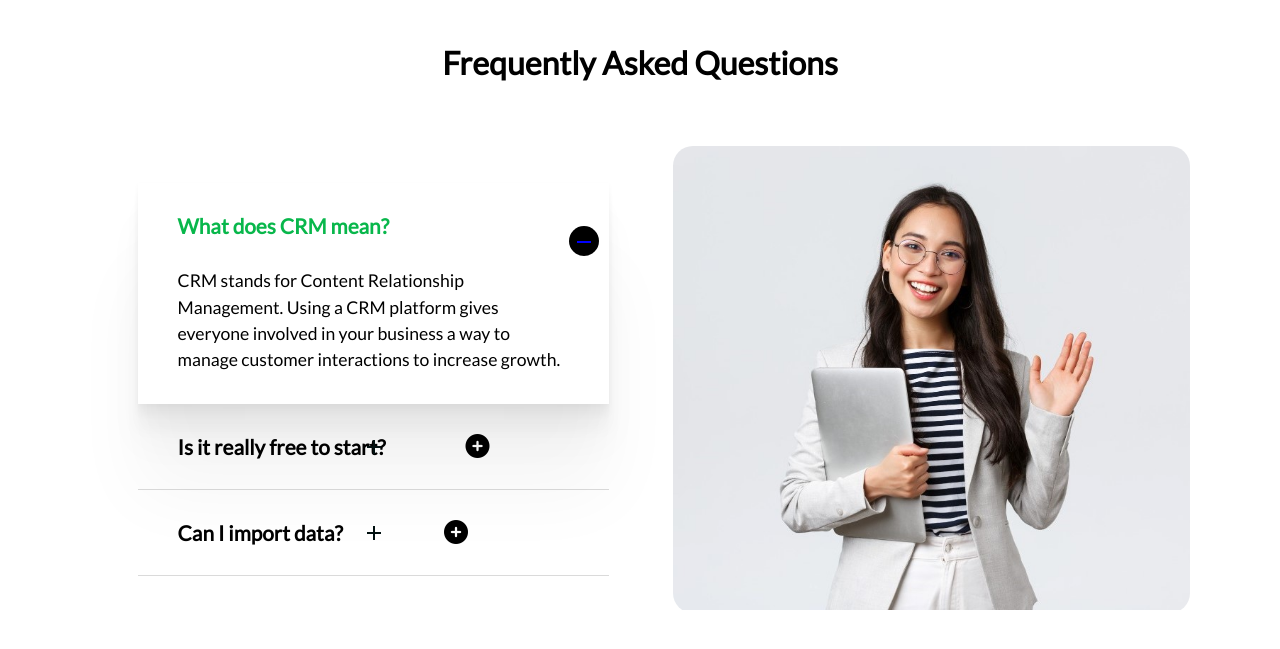
Repository: emiliaiwu/faq_component
Page: index.html
The author's editor kept a copy of each file at every save. The page is drawn from the files as they stood at one save, then again after the next save.
The browser window is 1280 px wide. The pictures show the whole page.
Some icons come from a web library that is not loaded, so they are not drawn. Some web libraries are served in a nearby version.

Above is the page before, as saved 2022-12-13 20:42:09.

### index.html
<!DOCTYPE html>
<html lang="en">
<head>
    <meta charset="UTF-8">
    <meta http-equiv="X-UA-Compatible" content="IE=edge">
    <meta name="viewport" content="width=device-width, initial-scale=1.0">
    <link rel="stylesheet" href="style.css">
    <script src="https://kit.fontawesome.com/fd9c36575f.js" crossorigin="anonymous"></script>
    <title>FAQ Component</title>
</head>
<body>
        <h2>Frequently Asked Questions</h2>
        <article class="faq_component">
            <div class="faq_container">
                <div class="faq_content active">
                    <div class="faq_header">
                        <h3>What does CRM mean?</h3>

                        <div class="toggle-parent">
                             <div class="toggle">
                            <!-- <i class="fa-solid fa-circle-plus"></i> -->
                                <i class="fa-solid fa-circle-minus"></i>
                            </div>
                        </div>


                    </div>
                    <div class="content_wrap">
                        <p class="content hidden">
                            CRM stands for Content Relationship Management. Using a CRM platform gives everyone involved in your business a way to manage customer interactions to increase growth.
                        </p>
                    </div>
                </div>

                <div class="faq_content">
                    <div class="faq_header">
                        <h3>Is it really free to start?</h3>
                        <i class="fa-solid fa-circle-plus"></i>
                        <i class="fa-solid fa-circle-minus"></i>
                    </div>
                    <div class="content_wrap">
                        <p class="content">
                            Yes! You can opt to stay within the free tier for as long as you want to. It’s a great way to get a feel for the platform before deciding to upgrade to take advantage of the more advanced features.
                        </p>
                    </div>
                </div>

                <div class="faq_content">
                    <div class="faq_header">
                        <h3>Can I import data?</h3>
                        <i class="fa-solid fa-circle-plus"></i>
                        <i class="fa-solid fa-circle-minus"></i>
                    </div>
                    <div class="content_wrap">
                         <p class="content">
                            Yes! Getting your existing data in is easy. Simply export your existing customers to a .csv file and import them within a couple of clicks.
                        </p>
                    </div>
                </div>
            </div>
            <div class="faq_image">
                <img src="img/meeting.jpg" alt="">
            </div>
        </article>
 <script src="script.js"></script>
</body>
</html>

### style.css
@import url('https://fonts.googleapis.com/css2?family=Lato:wght@300;400&display=swap');

* {
    margin: 0;
    padding: 0;
    box-sizing: border-box;
}

body {
    font-family: 'Lato', sans-serif;
    max-width: 100vw;
    min-height: 100vh;
    flex-direction: column;

}

body,
.faq_component,
.faq_container {
    display: flex;
    align-items: center;
    justify-content: center;

}


/* TYPOGRAPHY */
h2 {
    text-align: center;
    font-size: 2rem;
    font-family: inherit;

}

h3 {
    font-size: 1.3rem;
    font-family: inherit;
}

p {
    font-size: 1.1rem;
    font-family: inherit;
    height: 100%;
    line-height: 1.5;
}


/* TOGGLE */

.fa-solid {
    font-size: 1.5rem;
}

/* MAIN BODY */
.faq_component {
    width: 100%;
    padding: 4rem 7vw;
    gap: 1rem;
}

.faq_image {
    width: 100%;
    border-radius: 20px;
    overflow: hidden;
}

img {
    width: 100%;
    height: auto;
}

.faq_container {
    width: 100%;
    padding: 0 3rem;
    flex-direction: column;
    z-index: 1000;
}

.faq_header {
    display: flex;
    align-items: center;
    justify-content: space-between;
    padding: 30px 0px 30px 0;
    position: relative;
}

.faq_content {
    padding: 0 40px;
    border-bottom: 1px solid rgba(0, 0, 0, 0.146);
    cursor: pointer;
    overflow: hidden;
}

.content_wrap {
    padding: 0 0 0px;
    visibility: hidden;
    max-height: 0px;
    transition: all .5s ease;


}

/* .faq_content .fa-circle-minus {
    display: none;
} */


/* ACTIVE CLASSES */

.faq_content.active {
    border: none;
    box-shadow: 0 90px 70px 0 rgb(0 0 0 / 4%),
        0 40px 35px 0 rgb(0 0 0 / 3%),
        0 25px 15px 0 rgb(0 0 0 / 3%),
        0 11px 7px 0 rgb(0 0 0 / 3%),
        0 2px 5px 0 rgb(0 0 0 / 3%);
}

.faq_content.active .faq_header {
    color:rgb(8, 183, 75);
}

.faq_content.active .fa-circle-plus {
    transform: rotate(45deg);
    transition: transform .45s cubic-bezier(.3,.4,.2,1),
        background-color .15s ease;
    display: none;
}

.faq_content .fa-circle-minus {
    display: inline;
}

 .toggle {
    position: absolute;
    width: 30px;
    height: 30px;
    border-radius: 30px;
    background-color: black;
}

.faq_content .fa-circle-minus::before {
    content: '';
    position: absolute;
    background-color: rgb(1, 16, 16);
    width: 14px;
    height: 2px;
    margin-left: auto;
    margin-right: auto;
    top: 50%;
    left: 0;
    right: 0;
    transition: transform .45s cubic-bezier(.3,.4,.2,1),
        background-color .15s ease;
}

.faq_content .fa-circle-minus::after {
    content: '';
    position: absolute;
    transform: rotate(90deg);
    background-color: rgb(1, 16, 16);
    width: 14px;
    height: 2px;
    margin-left: auto;
    margin-right: auto;
    top: 50%;
    left: 0;
    right: 0;
    transition: transform .45s cubic-bezier(.3,.4,.2,1),
        background-color .15s ease;
}


.faq_content.active .fa-circle-minus::after {
    background-color: blue;
    transform: rotate(180deg);
    transition: transform .45s cubic-bezier(.3,.4,.2,1),
        background-color .15s ease;
}



.faq_content.active .content_wrap {
    padding: 0 0 30px;
    visibility: visible;
    max-height: 150px;

}






@media only screen and (max-width: 1000px) {
    .faq_component {
        flex-direction: column;
        gap: 3rem;
        padding: 4rem 7vw;
    }

    h2 {
        margin-top: 3rem;
    }

    .faq_container {
        padding: 0;
    }

    .faq_content.active .content_wrap {
        max-height: 300px;
        padding: 0 0 30px;
    }
}

### script.js
'use strict';
const faqContent = document.querySelectorAll('.faq_content');


faqContent.forEach((faq) => {
    faq.addEventListener('click', function () {
        faq.classList.toggle('active');

    });
})

After the next save:
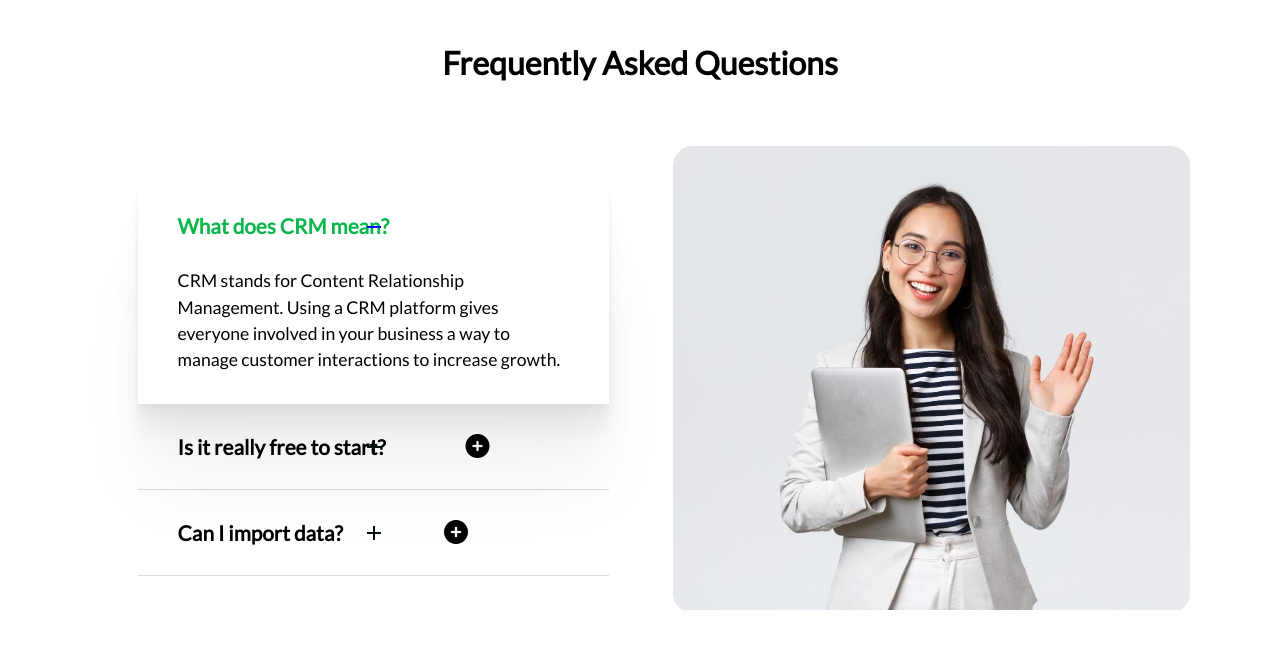
Saved 7 s later.
--- a/style.css
+++ b/style.css
@@ -130,6 +130,8 @@
 .faq_content .fa-circle-minus {
     display: inline;
 }
+
+.t
 
  .toggle {
     position: absolute;

After the 2 saves that followed:
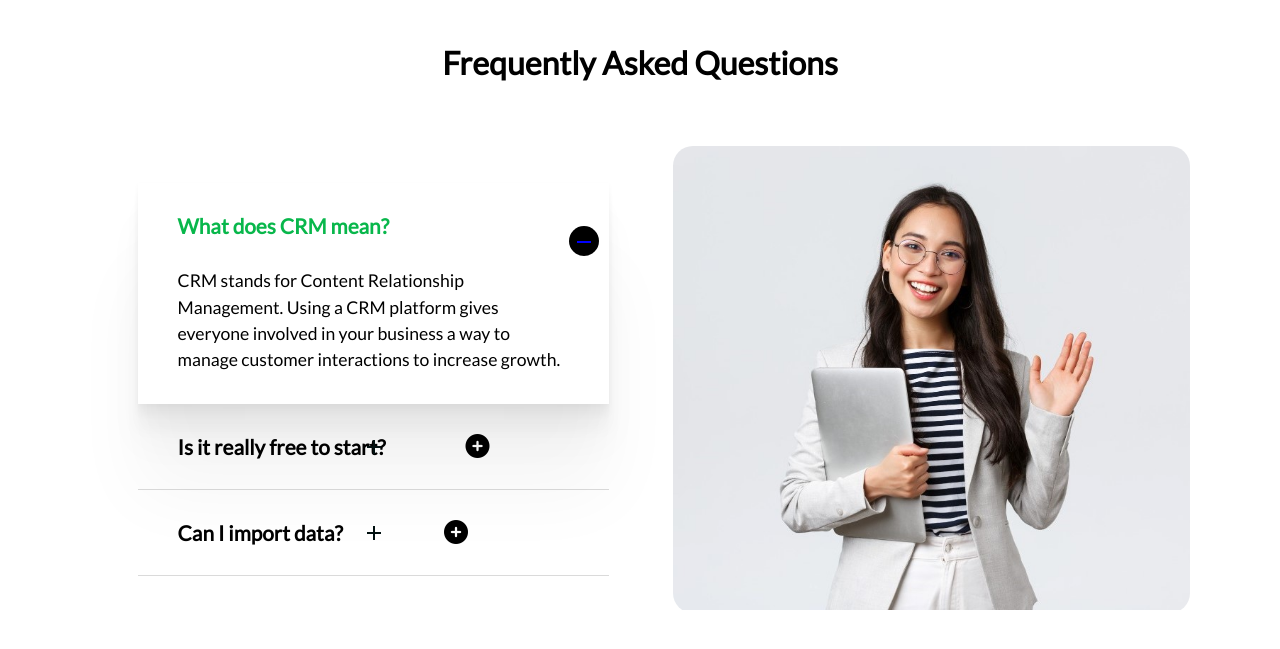
The 2 saves are shown as one change because they came seconds apart.
The last was saved 9 s later.
--- a/style.css
+++ b/style.css
@@ -131,7 +131,9 @@
     display: inline;
 }
 
-.t
+.toggle-parent {
+    position: relative;
+}
 
  .toggle {
     position: absolute;
